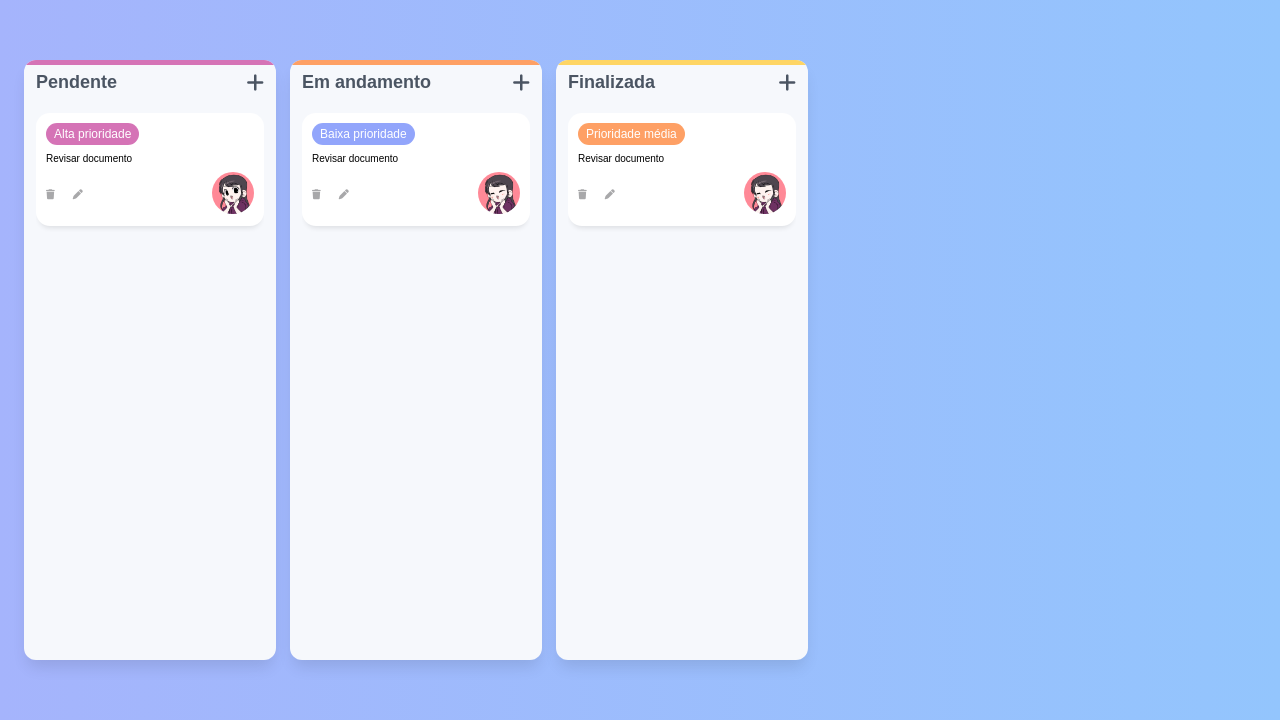
Repository: Marinalr-25/ProjetoToDoList
Page: index.html
These files come from the project's save history. The page is drawn as it stood at one moment and after the next save; the edit follows.
The browser window is 1280 px wide. The pictures show the whole page.
Some web fonts or font styles are not loaded; a fallback is used. Some web libraries are served in a nearby version.

Above is the page before, as saved 2024-10-29 22:37:03.

After the next save:
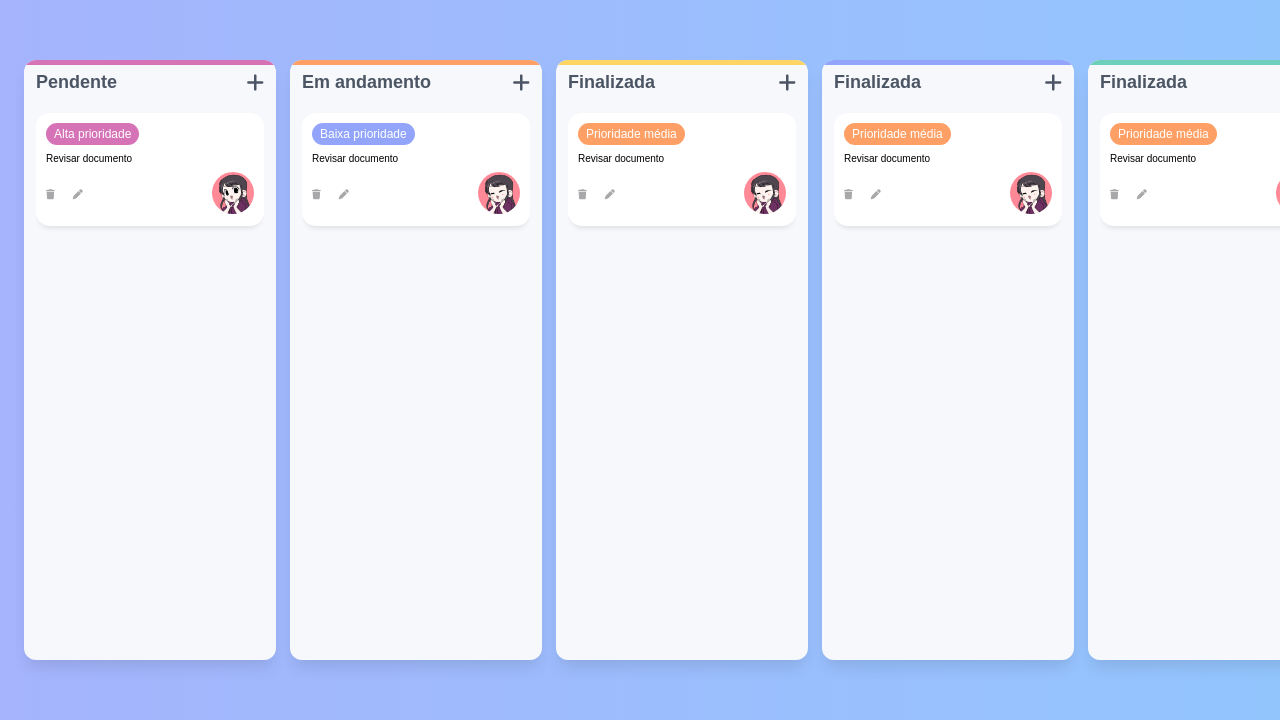
Saved 28 s later.
--- a/index.html
+++ b/index.html
@@ -105,6 +105,62 @@
           </div>
         </div>
       </div>
+      <!-- coluna 4 -->
+      <div class="kanban-column" data-id="4">
+        <div class="kanban-title">
+          <h2>Finalizada</h2>
+          <button class="add-card"><i class="fa-solid fa-plus"></i></button>
+        </div>
+        <div class="kanban-cards">
+          <div class="kanban-card">
+            <div class="badge medium">
+              <span>Prioridade média</span>
+            </div>
+            <p class="card-title">Revisar documento</p>
+            <div class="card-infos">
+              <div class="card-icons">
+                <p>
+                  <i class="fa-solid fa-trash"></i>
+                </p>
+                <p>
+                  <i class="fa-solid fa-pen"></i>
+                </p>
+              </div>
+              <div class="user">
+                <img src="images/iconePerfil2.png" alt="avatar2" />
+              </div>
+            </div>
+          </div>
+        </div>
+      </div>
+      <!-- coluna 5 -->
+      <div class="kanban-column" data-id="5">
+        <div class="kanban-title">
+          <h2>Finalizada</h2>
+          <button class="add-card"><i class="fa-solid fa-plus"></i></button>
+        </div>
+        <div class="kanban-cards">
+          <div class="kanban-card">
+            <div class="badge medium">
+              <span>Prioridade média</span>
+            </div>
+            <p class="card-title">Revisar documento</p>
+            <div class="card-infos">
+              <div class="card-icons">
+                <p>
+                  <i class="fa-solid fa-trash"></i>
+                </p>
+                <p>
+                  <i class="fa-solid fa-pen"></i>
+                </p>
+              </div>
+              <div class="user">
+                <img src="images/iconePerfil2.png" alt="avatar2" />
+              </div>
+            </div>
+          </div>
+        </div>
+      </div>
     </main>
   </body>
 </html>
